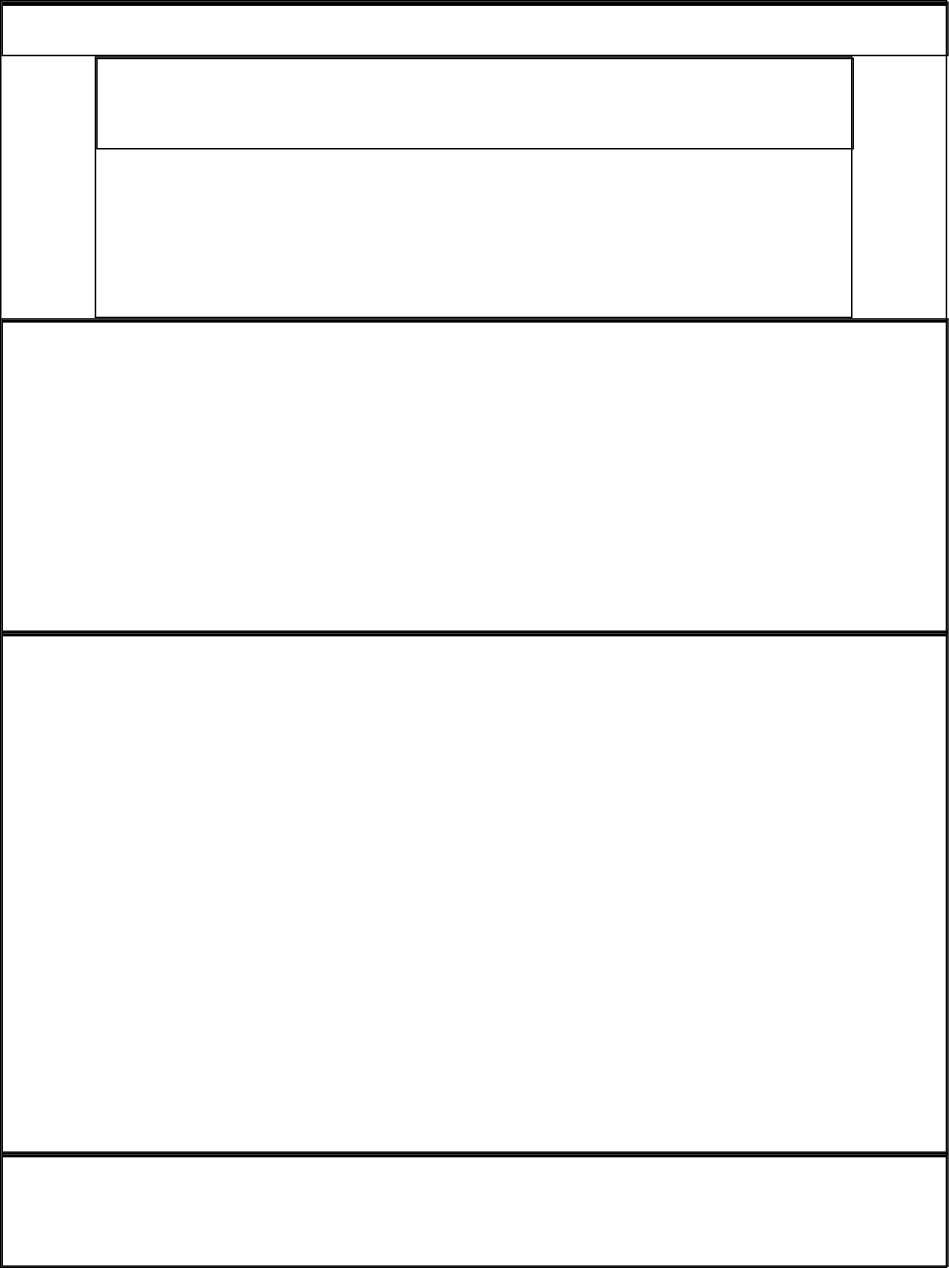
Repository: JHooniie/mini-Project
Page: http://localhost/Project-UIUX/index.jsp
The author's editor kept a copy of each file at every save. The page is drawn from the files as they stood at one save, then again after the next save.
The browser window is 1280 px wide. The page is 1282 px wide, so the pictures cover 1282 px, including what lies to the right of the window. The pictures show the whole page, at 74% of full size.
The page is served by Tomcat 9.

Above is the page before, as saved 2022-07-02 08:15:31.

After the next save:
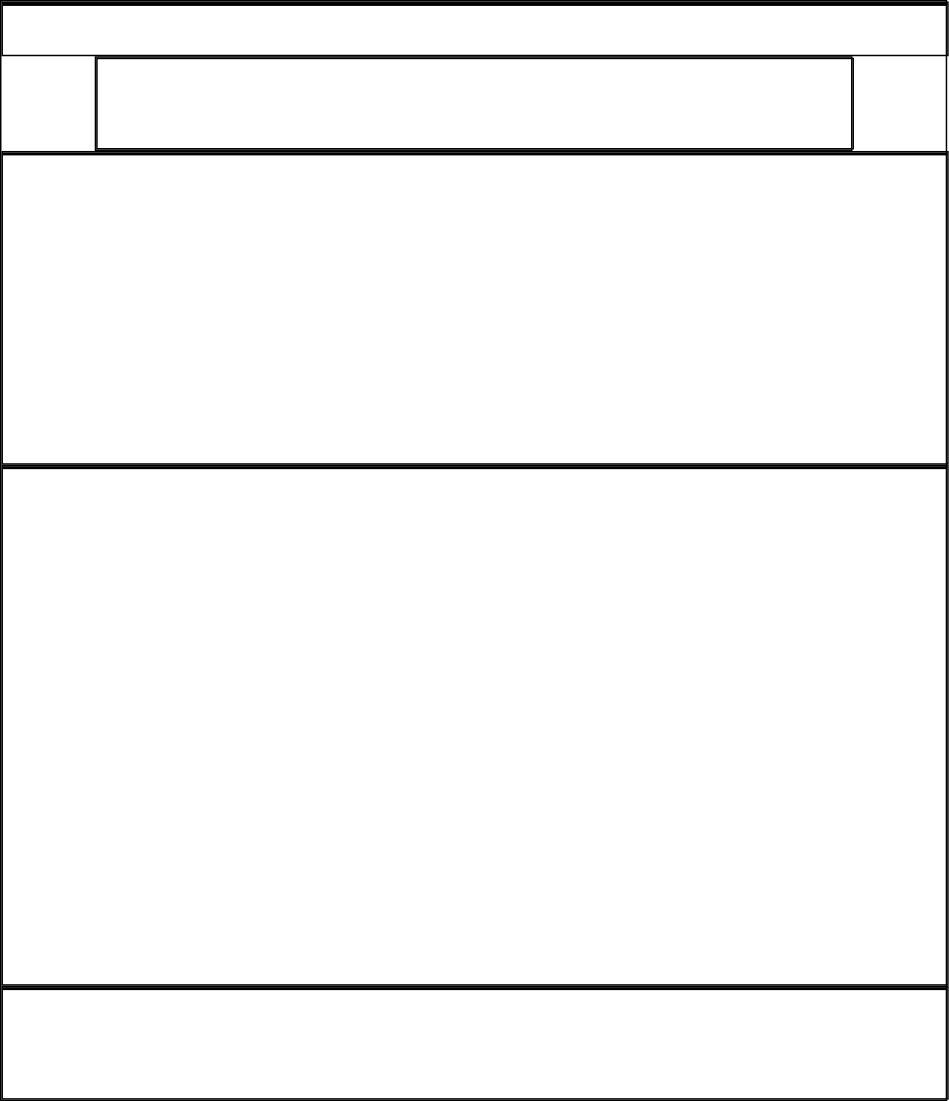
Saved 25 s later.
--- a/Project-UIUX/src/main/webapp/css/index.css
+++ b/Project-UIUX/src/main/webapp/css/index.css
@@ -17,7 +17,6 @@ ul {
 #menuBox{
 	position:relative;
 	width:80%;
-	height:350px;
 	margin:0 auto;
 }
 
